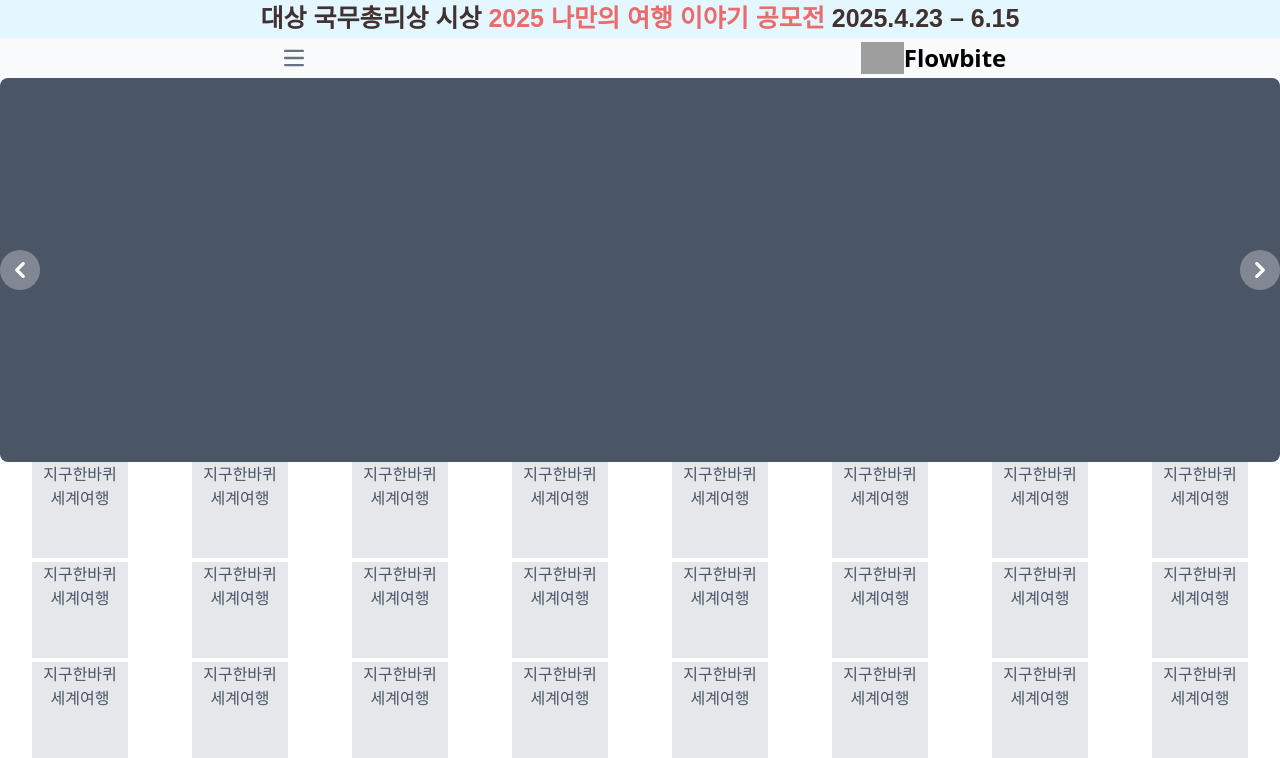
Repository: hyerim1234/travelblog
Page: html/index.html
The author's editor kept a copy of each file at every save. The page is drawn from the files as they stood at one save, then again after a run of saves.
The browser window is 1280 px wide. The pictures show the whole page.
Pictures or frames that could not be fetched are drawn as grey boxes. Some web fonts or font styles are not loaded; a fallback is used. The style sheet was rebuilt from its Sass, Less or Tailwind sources for each picture, by a compiler version that may differ from the author's.

Above is the page before, as saved 2025-05-19 16:02:37.

### html/index.html
<!DOCTYPE html>
<html lang="en">
<head>
    <meta charset="UTF-8">
    <meta name="viewport" content="width=device-width, initial-scale=1.0">
    <title>여행블로그_250516</title>
    <link rel="stylesheet" href="../css/index.css">
    <link rel="preload" as="font" href="https://fastly.jsdelivr.net/gh/projectnoonnu/noonfonts_2102-01@1.0/RixYeoljeongdo_Regular.woff" type="font/woff" crossorigin>
    <script src="https://cdn.jsdelivr.net/npm/@tailwindcss/browser@4" defer></script>

</head>

<body>
   <!-- 1) 이벤트 배너 -->
  <div id="event-banner">
    <h1>
        대상 국무총리상 시상
        <span >2025 나만의 여행 이야기 공모전</span>
        2025.4.23 – 6.15
    </h1>
  </div>


  <!-- 주 네비게이션 메뉴 -->
  <nav class="border-gray-200 bg-gray-50">
    <div class="max-w-screen-xl flex flex-wrap items-center p-4">

      <!-- <a href="#" class="flex items-center space-x-3 rtl:space-x-reverse">
          <img src="https://flowbite.com/docs/images/logo.svg" class="h-8" alt="Flowbite Logo" />
          <span class="self-center text-2xl font-semibold whitespace-nowrap dark:text-white">Flowbite</span>
      </a> -->

      <button data-collapse-toggle="navbar-hamburger" type="button" class="inline-flex items-center justify-center p-2 w-10 h-10 text-sm text-gray-500 rounded-lg hover:bg-gray-100 focus:outline-none focus:ring-2 focus:ring-gray-200 dark:text-gray-400 dark:hover:bg-gray-700 dark:focus:ring-gray-600" aria-controls="navbar-hamburger" aria-expanded="false">
        <span class="sr-only">Open main menu</span>
        <svg class="w-5 h-5" aria-hidden="true" xmlns="http://www.w3.org/2000/svg" fill="none" viewBox="0 0 17 14">
            <path stroke="currentColor" stroke-linecap="round" stroke-linejoin="round" stroke-width="2" d="M1 1h15M1 7h15M1 13h15"/>
        </svg>
      </button>

        <a href="#" class="flex items-center space-x-3 ">
          <img src="https://flowbite.com/docs/images/logo.svg" class="h-8" alt="Flowbite Logo" />
          <span class="self-center text-2xl font-semibold whitespace-nowrap dark:text-white">Flowbite</span>
        </a>

      <div class="hidden w-full" id="navbar-hamburger">
        <ul class="flex flex-col font-medium mt-4 rounded-lg bg-gray-50 dark:bg-gray-800 dark:border-gray-700">
          <li>
            <a href="#" class="block py-2 px-3 text-white bg-blue-700 rounded-sm dark:bg-blue-600" aria-current="page">Home</a>
          </li>
          <li>
            <a href="#" class="block py-2 px-3 text-gray-900 rounded-sm hover:bg-gray-100 dark:text-gray-400 dark:hover:bg-gray-700 dark:hover:text-white">Services</a>
          </li>
          <li>
            <a href="#" class="block py-2 px-3 text-gray-900 rounded-sm hover:bg-gray-100 dark:text-gray-400 md:dark:hover:text-white dark:hover:bg-gray-700 dark:hover:text-white">Pricing</a>
          </li>
          <li>
            <a href="#" class="block py-2 px-3 text-gray-900 rounded-sm hover:bg-gray-100 dark:text-gray-400 dark:hover:bg-gray-700 dark:hover:text-white">Contact</a>
          </li>
        </ul>
      </div>
    </div>
  </nav>



<main class="py-8">
  <!-- 2) 슬라이더 섹션 -->
  <div id="controls-carousel" class="relative w-full" data-carousel="static">
      <!-- Carousel wrapper -->
      <div class="relative h-56 overflow-hidden rounded-lg md:h-96 bg-gray-600">
          <!-- Item 1 -->
          <div class="hidden duration-700 ease-in-out" data-carousel-item>
              <img src="/docs/images/carousel/carousel-1.svg" class="absolute block w-full -translate-x-1/2 -translate-y-1/2 top-1/2 left-1/2 bg-gray-100" alt="...">
          </div>
          <!-- Item 2 -->
          <div class="hidden duration-700 ease-in-out" data-carousel-item="active">
              <img src="/docs/images/carousel/carousel-2.svg" class="absolute block w-full -translate-x-1/2 -translate-y-1/2 top-1/2 left-1/2" alt="...">
          </div>
          <!-- Item 3 -->
          <div class="hidden duration-700 ease-in-out" data-carousel-item>
              <img src="/docs/images/carousel/carousel-3.svg" class="absolute block w-full -translate-x-1/2 -translate-y-1/2 top-1/2 left-1/2" alt="...">
          </div>
          <!-- Item 4 -->
          <div class="hidden duration-700 ease-in-out" data-carousel-item>
              <img src="/docs/images/carousel/carousel-4.svg" class="absolute block w-full -translate-x-1/2 -translate-y-1/2 top-1/2 left-1/2" alt="...">
          </div>
          <!-- Item 5 -->
          <div class="hidden duration-700 ease-in-out" data-carousel-item>
              <img src="/docs/images/carousel/carousel-5.svg" class="absolute block w-full -translate-x-1/2 -translate-y-1/2 top-1/2 left-1/2" alt="...">
          </div>
      </div>
      <!-- Slider controls -->
      <button type="button" class="absolute top-0 start-0 z-30 flex items-center justify-center h-full px-4 cursor-pointer group focus:outline-none" data-carousel-prev>
          <span class="inline-flex items-center justify-center w-10 h-10 rounded-full bg-white/30 dark:bg-gray-800/30 group-hover:bg-white/50 dark:group-hover:bg-gray-800/60 group-focus:ring-4 group-focus:ring-white dark:group-focus:ring-gray-800/70 group-focus:outline-none">
              <svg class="w-4 h-4 text-white dark:text-gray-800 rtl:rotate-180" aria-hidden="true" xmlns="http://www.w3.org/2000/svg" fill="none" viewBox="0 0 6 10">
                  <path stroke="currentColor" stroke-linecap="round" stroke-linejoin="round" stroke-width="2" d="M5 1 1 5l4 4"/>
              </svg>
              <span class="sr-only">Previous</span>
          </span>
      </button>
      <button type="button" class="absolute top-0 end-0 z-30 flex items-center justify-center h-full px-4 cursor-pointer group focus:outline-none" data-carousel-next>
          <span class="inline-flex items-center justify-center w-10 h-10 rounded-full bg-white/30 dark:bg-gray-800/30 group-hover:bg-white/50 dark:group-hover:bg-gray-800/60 group-focus:ring-4 group-focus:ring-white dark:group-focus:ring-gray-800/70 group-focus:outline-none">
              <svg class="w-4 h-4 text-white dark:text-gray-800 rtl:rotate-180" aria-hidden="true" xmlns="http://www.w3.org/2000/svg" fill="none" viewBox="0 0 6 10">
                  <path stroke="currentColor" stroke-linecap="round" stroke-linejoin="round" stroke-width="2" d="m1 9 4-4-4-4"/>
              </svg>
              <span class="sr-only">Next</span>
          </span>
      </button>
  </div>


  <section>
    <!-- 1. 래퍼: 모바일에서 좌우 스크롤 -->
    <div class="overflow-x-auto">
      <!-- 2. 실제 그리드 -->
      <div class="flex grid-col-8 grid-row-">
        <!-- ==== 1행 ==== -->
        <div class="p-6 text-center size-24 bg-gray-200 ">
          <p class="text-gray-600 text-base">지구한바퀴<br/>세계여행</p>
        </div>

        <div class=" p-6 text-center  size-24 bg-gray-200 ">
          <p class="text-gray-600 text-base">지구한바퀴<br/>세계여행</p>
        </div>

        <div class=" p-6 text-center  size-24 bg-gray-200 ">
          <p class="text-gray-600 text-base">지구한바퀴<br/>세계여행</p>
        </div>

        <div class=" p-6 text-center  size-24 bg-gray-200 ">
          <p class="text-gray-600 text-base">지구한바퀴<br/>세계여행</p>
        </div>

         <div class=" p-6 text-center  size-24 bg-gray-200 ">
          <p class="text-gray-600 text-base">지구한바퀴<br/>세계여행</p>
        </div>

         <div class=" p-6 text-center  size-24 bg-gray-200 ">
          <p class="text-gray-600 text-base">지구한바퀴<br/>세계여행</p>
        </div>

         <div class=" p-6 text-center  size-24 bg-gray-200 ">
          <p class="text-gray-600 text-base">지구한바퀴<br/>세계여행</p>
        </div>

         <div class=" p-6 text-center  size-24 bg-gray-200 ">
          <p class="text-gray-600 text-base">지구한바퀴<br/>세계여행</p>
        </div>
      </div>

      <div class="flex " style="margin: 4px 0px;">
        <!-- ==== 2행 ==== -->
        <div class="p-6 text-center size-24 bg-gray-200 ">
          <p class="text-gray-600 text-base">지구한바퀴<br/>세계여행</p>
        </div>

        <div class=" p-6 text-center  size-24 bg-gray-200 ">
          <p class="text-gray-600 text-base">지구한바퀴<br/>세계여행</p>
        </div>

        <div class=" p-6 text-center  size-24 bg-gray-200 ">
          <p class="text-gray-600 text-base">지구한바퀴<br/>세계여행</p>
        </div>

        <div class=" p-6 text-center  size-24 bg-gray-200 ">
          <p class="text-gray-600 text-base">지구한바퀴<br/>세계여행</p>
        </div>

         <div class=" p-6 text-center  size-24 bg-gray-200 ">
          <p class="text-gray-600 text-base">지구한바퀴<br/>세계여행</p>
        </div>

         <div class=" p-6 text-center  size-24 bg-gray-200 ">
          <p class="text-gray-600 text-base">지구한바퀴<br/>세계여행</p>
        </div>

         <div class=" p-6 text-center  size-24 bg-gray-200 ">
          <p class="text-gray-600 text-base">지구한바퀴<br/>세계여행</p>
        </div>

         <div class=" p-6 text-center  size-24 bg-gray-200 ">
          <p class="text-gray-600 text-base">지구한바퀴<br/>세계여행</p>
        </div>
      </div>

      <div class="flex grid-col-8 grid-row-3">
        <!-- ==== 3행 ==== -->
        <div class="p-6 text-center size-24 bg-gray-200 ">
          <p class="text-gray-600 text-base">지구한바퀴<br/>세계여행</p>
        </div>

        <div class=" p-6 text-center  size-24 bg-gray-200 ">
          <p class="text-gray-600 text-base">지구한바퀴<br/>세계여행</p>
        </div>

        <div class=" p-6 text-center  size-24 bg-gray-200 ">
          <p class="text-gray-600 text-base">지구한바퀴<br/>세계여행</p>
        </div>

        <div class=" p-6 text-center  size-24 bg-gray-200 ">
          <p class="text-gray-600 text-base">지구한바퀴<br/>세계여행</p>
        </div>

         <div class=" p-6 text-center  size-24 bg-gray-200 ">
          <p class="text-gray-600 text-base">지구한바퀴<br/>세계여행</p>
        </div>

         <div class=" p-6 text-center  size-24 bg-gray-200 ">
          <p class="text-gray-600 text-base">지구한바퀴<br/>세계여행</p>
        </div>

         <div class=" p-6 text-center  size-24 bg-gray-200 ">
          <p class="text-gray-600 text-base">지구한바퀴<br/>세계여행</p>
        </div>

         <div class=" p-6 text-center  size-24 bg-gray-200 ">
          <p class="text-gray-600 text-base">지구한바퀴<br/>세계여행</p>
        </div>
      </div>


    </div>
  </section>
</main>

  <footer>
    <!-- 저작권, 연락처, 사이트 맵 등의 푸터 콘텐츠 -->
  </footer>
</body>
</html>

### css/index.scss
*{
    margin: 0 auto;
    padding: 0;
    box-sizing: border-box;

}

@font-face {
    font-family: 'GmarketSansMedium';
    src: url('https://fastly.jsdelivr.net/gh/projectnoonnu/noonfonts_2001@1.1/GmarketSansMedium.woff') format('woff');
    font-weight: normal;
    font-style: normal;
}

#event-banner{
    background-color: #e4f6fe;
    > h1{
        text-align: center;
        font-size: 25px;
        font-family: 'GmarketSansMedium', sans-serif;
        font-style: normal;
        font-display: swap;
        font-weight: 900;
        color: #413231;

        >span{
            color:#EA6B6B;
        }
    }
}

After the next 2 saves:
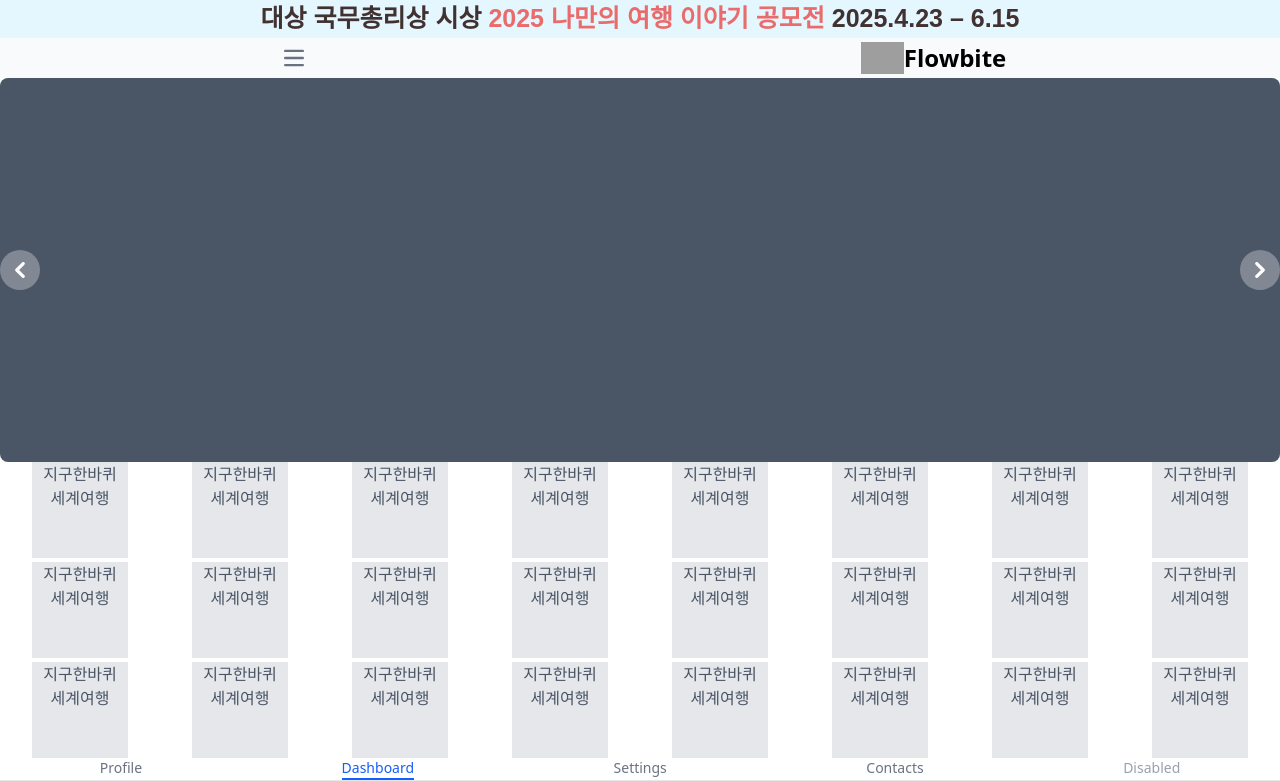
The 2 saves are shown as one change because they came seconds apart.
The last was saved 14 s later.
--- a/html/index.html
+++ b/html/index.html
@@ -218,6 +218,28 @@
         </div>
       </div>
 
+      <!-- 요일별 연재 : 탭 기능 -->
+
+
+<div class="text-sm font-medium text-center text-gray-500 border-b border-gray-200 dark:text-gray-400 dark:border-gray-700">
+    <ul class="flex flex-wrap -mb-px">
+        <li class="me-2">
+            <a href="#" class="inline-block p-4 border-b-2 border-transparent rounded-t-lg hover:text-gray-600 hover:border-gray-300 dark:hover:text-gray-300">Profile</a>
+        </li>
+        <li class="me-2">
+            <a href="#" class="inline-block p-4 text-blue-600 border-b-2 border-blue-600 rounded-t-lg active dark:text-blue-500 dark:border-blue-500" aria-current="page">Dashboard</a>
+        </li>
+        <li class="me-2">
+            <a href="#" class="inline-block p-4 border-b-2 border-transparent rounded-t-lg hover:text-gray-600 hover:border-gray-300 dark:hover:text-gray-300">Settings</a>
+        </li>
+        <li class="me-2">
+            <a href="#" class="inline-block p-4 border-b-2 border-transparent rounded-t-lg hover:text-gray-600 hover:border-gray-300 dark:hover:text-gray-300">Contacts</a>
+        </li>
+        <li>
+            <a class="inline-block p-4 text-gray-400 rounded-t-lg cursor-not-allowed dark:text-gray-500">Disabled</a>
+        </li>
+    </ul>
+</div>
 
     </div>
   </section>

After the 2 saves that followed:
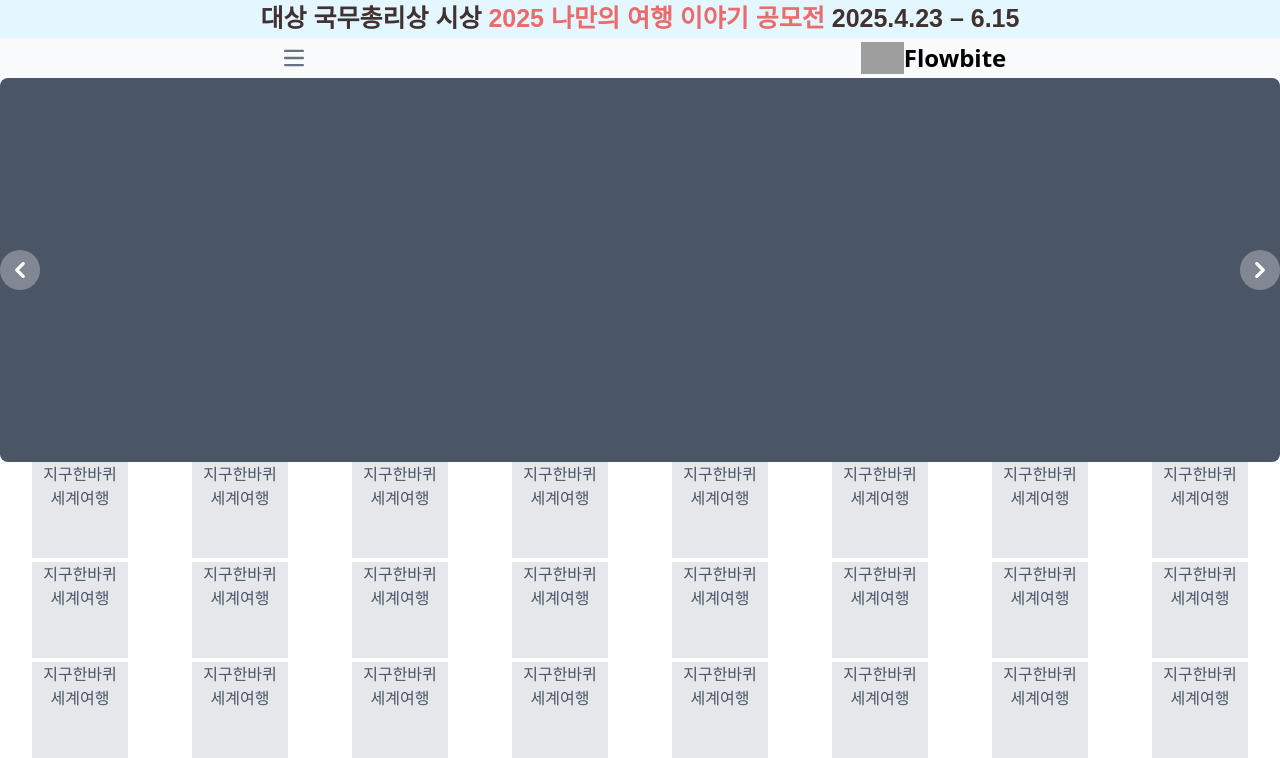
The 2 saves are shown as one change because 1 left the picture as it was.
The last was saved 17 s later.
--- a/html/index.html
+++ b/html/index.html
@@ -218,28 +218,7 @@
         </div>
       </div>
 
-      <!-- 요일별 연재 : 탭 기능 -->
-
-
-<div class="text-sm font-medium text-center text-gray-500 border-b border-gray-200 dark:text-gray-400 dark:border-gray-700">
-    <ul class="flex flex-wrap -mb-px">
-        <li class="me-2">
-            <a href="#" class="inline-block p-4 border-b-2 border-transparent rounded-t-lg hover:text-gray-600 hover:border-gray-300 dark:hover:text-gray-300">Profile</a>
-        </li>
-        <li class="me-2">
-            <a href="#" class="inline-block p-4 text-blue-600 border-b-2 border-blue-600 rounded-t-lg active dark:text-blue-500 dark:border-blue-500" aria-current="page">Dashboard</a>
-        </li>
-        <li class="me-2">
-            <a href="#" class="inline-block p-4 border-b-2 border-transparent rounded-t-lg hover:text-gray-600 hover:border-gray-300 dark:hover:text-gray-300">Settings</a>
-        </li>
-        <li class="me-2">
-            <a href="#" class="inline-block p-4 border-b-2 border-transparent rounded-t-lg hover:text-gray-600 hover:border-gray-300 dark:hover:text-gray-300">Contacts</a>
-        </li>
-        <li>
-            <a class="inline-block p-4 text-gray-400 rounded-t-lg cursor-not-allowed dark:text-gray-500">Disabled</a>
-        </li>
-    </ul>
-</div>
+
 
     </div>
   </section>
